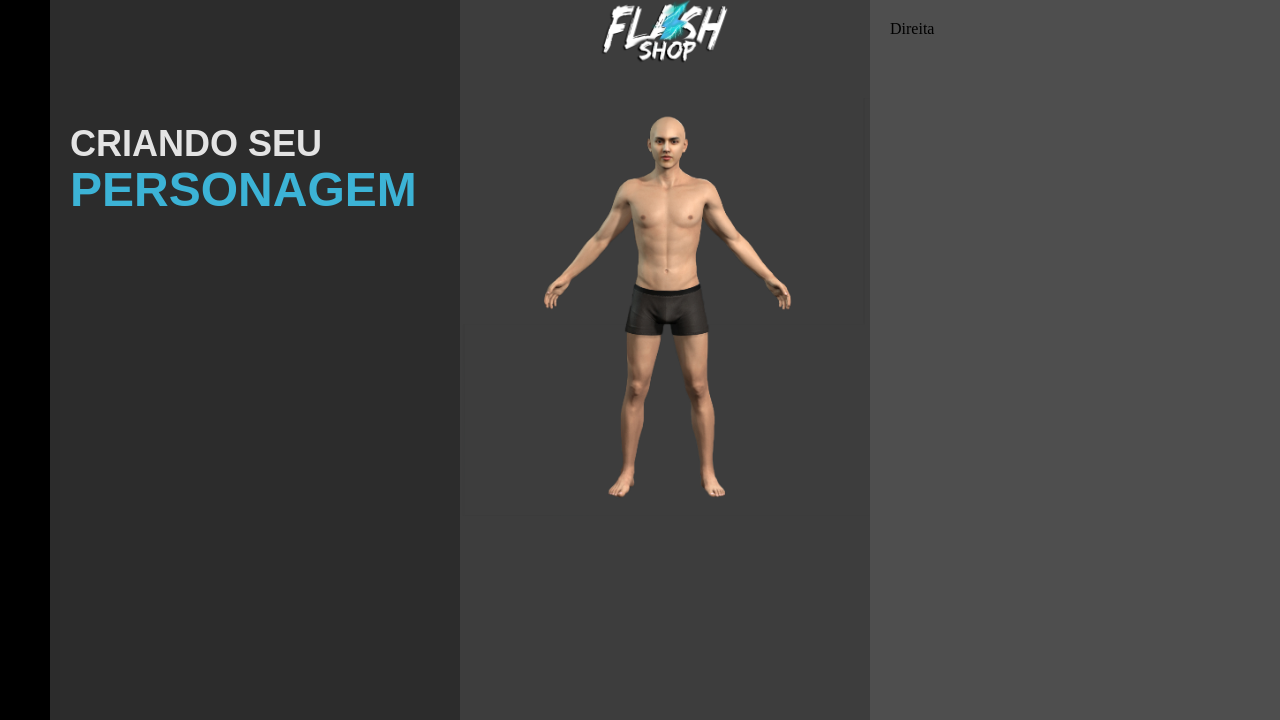
Repository: DuMCorrea/CriandoPerso
Page: index.html
The author's editor kept a copy of each file at every save. The page is drawn from the files as they stood at one save, then again after the next save.
The browser window is 1280 px wide. The pictures show the whole page.

Above is the page before, as saved 2024-08-27 20:58:06.

### index.html
<!DOCTYPE html>
<html lang="en">
<head>
    <meta charset="UTF-8">
    <meta name="viewport" content="width=device-width, initial-scale=1.0">
    <title>Dividindo a Tela com Imagens</title>
    <link rel="stylesheet" href="styles.css">
</head>
<body>
    <div class="container">
        <div class="left">
            <h1 class="title">
                <span class="part1">CRIANDO SEU</span>
                <span class="part2">PERSONAGEM</span>
            </h1>
        </div>
        <div class="center">
            <img src="assets/FlashStore 1 (1).png" alt="Imagem 1" class="top-image">
            <img src="assets/boneco 2.png" alt="Imagem 2" class="center-image">
        </div>
        <div class="right">Direita</div>
    </div>
</body>
</html>

### styles.css
body, html {
    margin: 0;
    padding: 0;
    height: 100%;
    display: flex;
    justify-content: center;
    align-items: center;
    background-color: #000; /* Fundo escuro */
}

.container {
    display: flex;
    width: 100%;
    height: 100%;
}

.container > div {
    flex: 1; /* Cada div ocupa 1/3 do espaço disponível */
    height: 100%;
    padding: 20px;
    box-sizing: border-box;
}



/* PARTE ESQUERDA */



.left {
    background-color: #2c2c2c;
    display: flex;
    flex-direction: column;
    justify-content: flex-start;
    align-items: flex-start;
    margin-left: 50px; /* Aumenta a margem esquerda para mover o título mais para a direita */
}

.title {
    margin: 100px 0 0 0; /* Adiciona margem superior para mover o título para baixo */
    padding: 0;
}

.part1 {
    font-family: 'Baloo Bhai', sans-serif;
    font-size: 36px;
    font-weight: 700; /* Aumenta o peso da fonte para deixá-la mais grossa */
    line-height: 48px;
    text-align: left;
    color: #E3E3E3;
    display: block;
    margin-bottom: -10px; /* Reduz a distância entre as duas partes do título */
}

.part2 {
    font-family: 'Baloo Bhai', sans-serif;
    font-size: 48px;
    font-weight: 700; /* Aumenta o peso da fonte para deixá-la mais grossa */
    line-height: 64px;
    text-align: left;
    color: #3CB3D6;
    display: block;
}


/* PARTE CENTRAL */



.center {
    background-color: #3d3d3d; /* Cor de fundo para a div central */
    display: flex;
    flex-direction: column;
    align-items: center;
    justify-content: space-between; /* Distribui o espaço entre as imagens */
}


.top-image {
    max-width: 40%;
    height: auto;
    margin-top: -60px;
}

.center-image {
    max-width: 200%;
    height: auto;
    margin-top: auto; /* Centraliza verticalmente */
    margin-bottom: 200px;
}


/* PARTE DIREITA */



.right {
    background-color: #4e4e4e; /* Cor de fundo para a div direita */
}

After the next save:
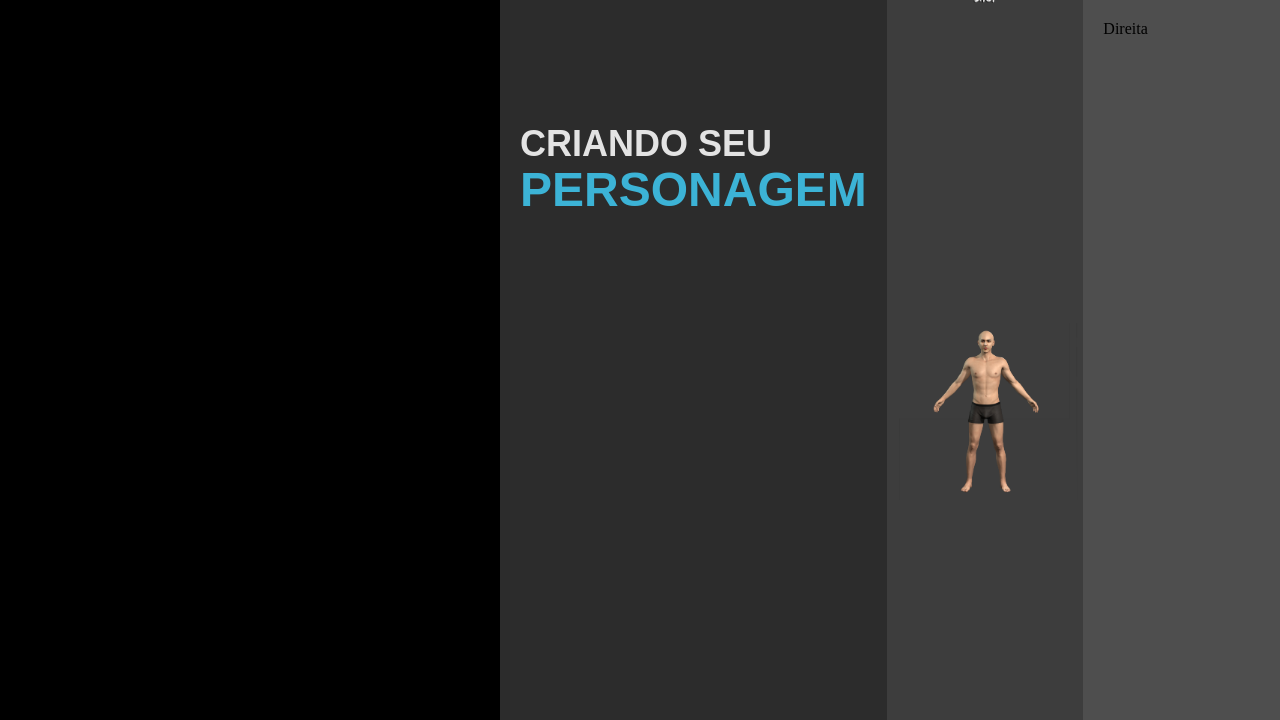
Saved 5 s later.
--- a/styles.css
+++ b/styles.css
@@ -33,7 +33,7 @@
     flex-direction: column;
     justify-content: flex-start;
     align-items: flex-start;
-    margin-left: 50px; /* Aumenta a margem esquerda para mover o título mais para a direita */
+    margin-left: 500px; /* Aumenta a margem esquerda para mover o título mais para a direita */
 }
 
 .title {
